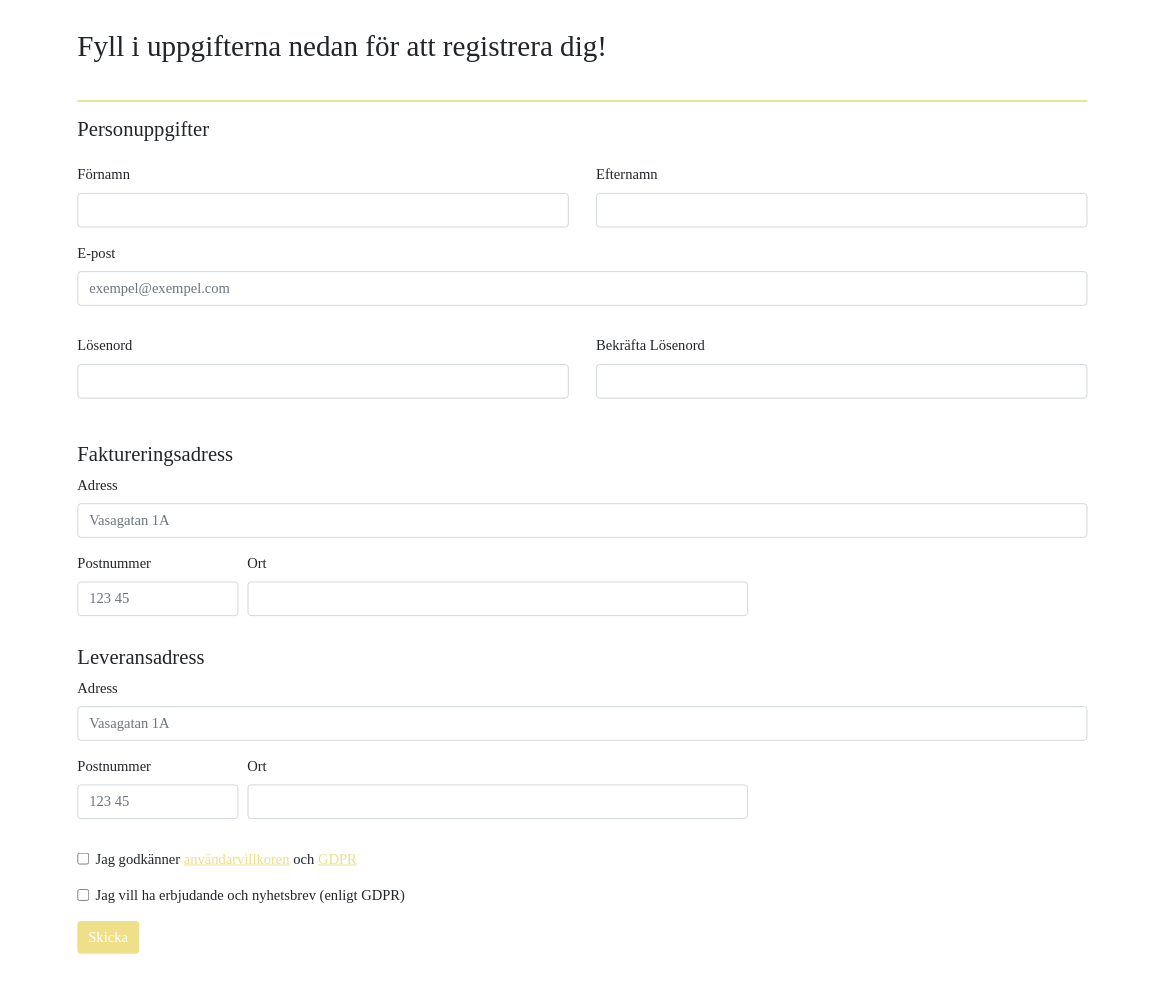
Repository: skepp4rn/Liamsuppgift3
Page: index.html
An editor plug-in stored every save of this project. The page is shown before and after the next save, followed by the edit.
The browser window is 1280 px wide. The pictures show the whole page, at 91% of full size.
Some web libraries are served in a nearby version.

Above is the page before, as saved 2020-12-06 13:21:18.
Console error (its wording comes from the project's code and is left out).

After the next save:
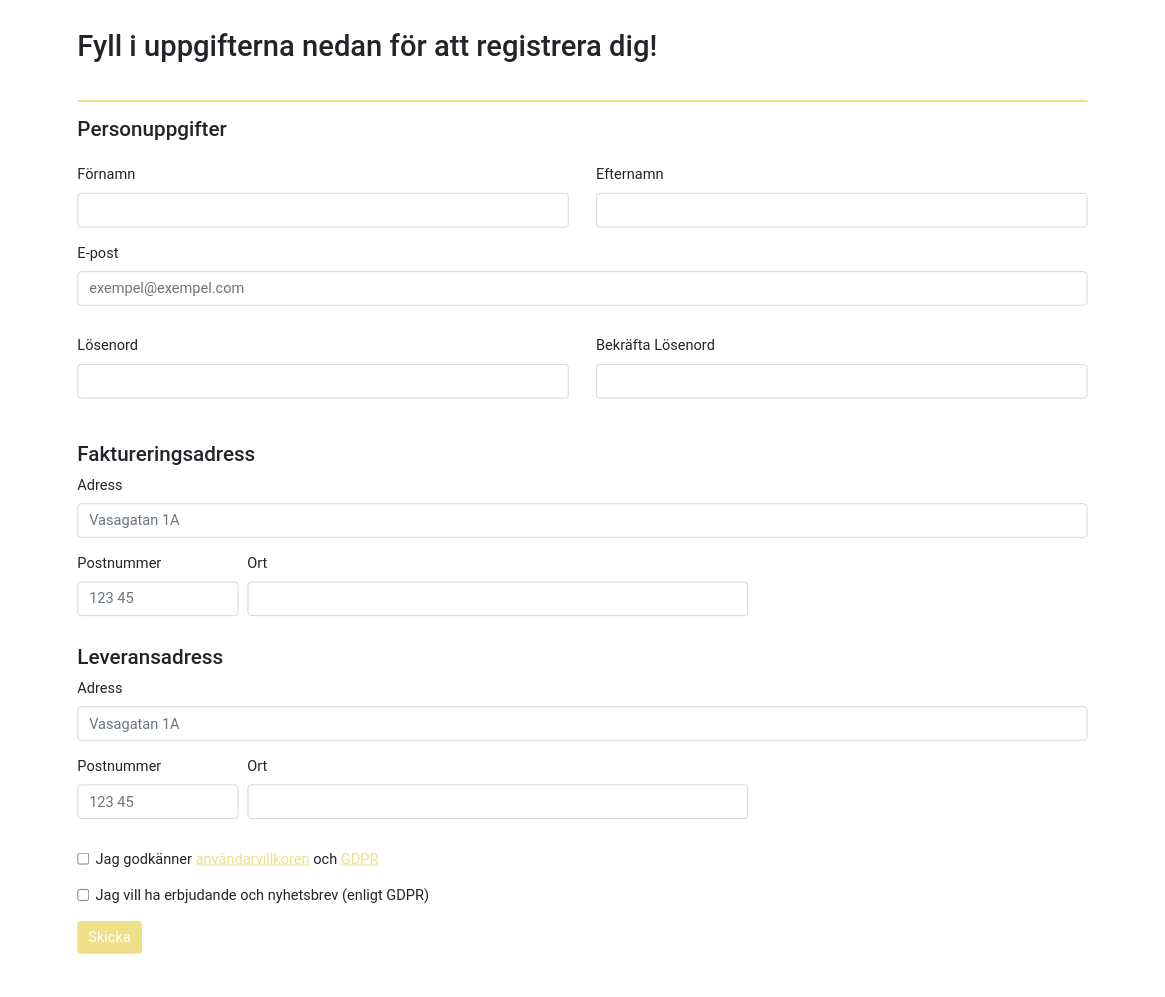
Saved 60 s later.
--- a/css/style.css
+++ b/css/style.css
@@ -1,6 +1,6 @@
 *{box-sizing:border-box}
 
-html,body{margin:0;padding:0;font-family:'Times New Roman', Times, serif}
+html,body{margin:0;padding:0;font-family:'Roboto',serif}
 h3{font-size:17pt}.container{width:90vw;margin:auto}
 .row{padding-top:1rem;display:grid;grid-template-columns:1fr;grid-template-rows:1fr 1fr}
 .col{padding-bottom:1rem}

After the 2 saves that followed:
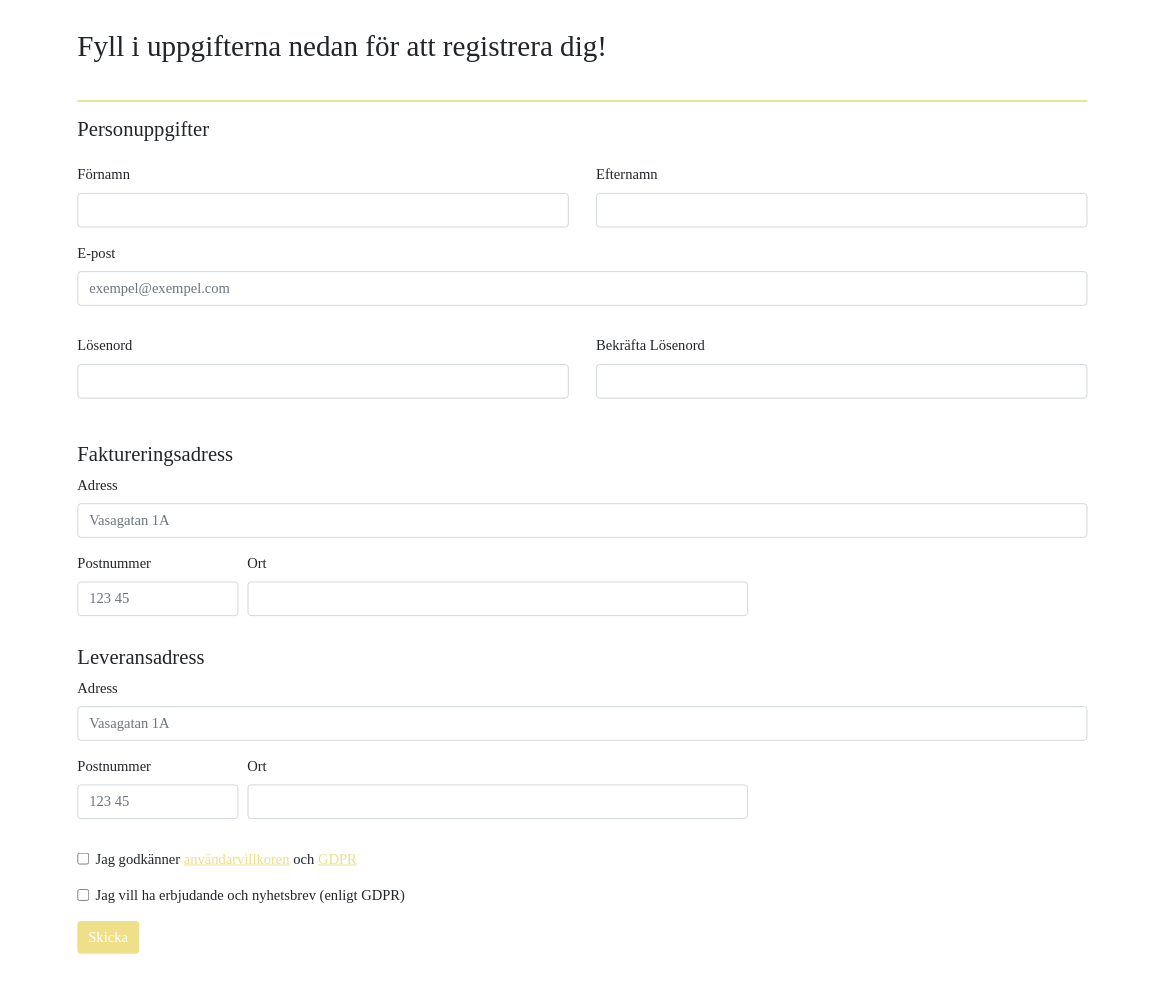
The 2 saves are shown as one change because 1 left the picture as it was.
The last was saved 42 s later.
--- a/css/style.css
+++ b/css/style.css
@@ -1,6 +1,6 @@
 *{box-sizing:border-box}
 
-html,body{margin:0;padding:0;font-family:'Roboto',serif}
+html,body{margin:0;padding:0;font-family:'Times New Roman', Times, serif}
 h3{font-size:17pt}.container{width:90vw;margin:auto}
 .row{padding-top:1rem;display:grid;grid-template-columns:1fr;grid-template-rows:1fr 1fr}
 .col{padding-bottom:1rem}
